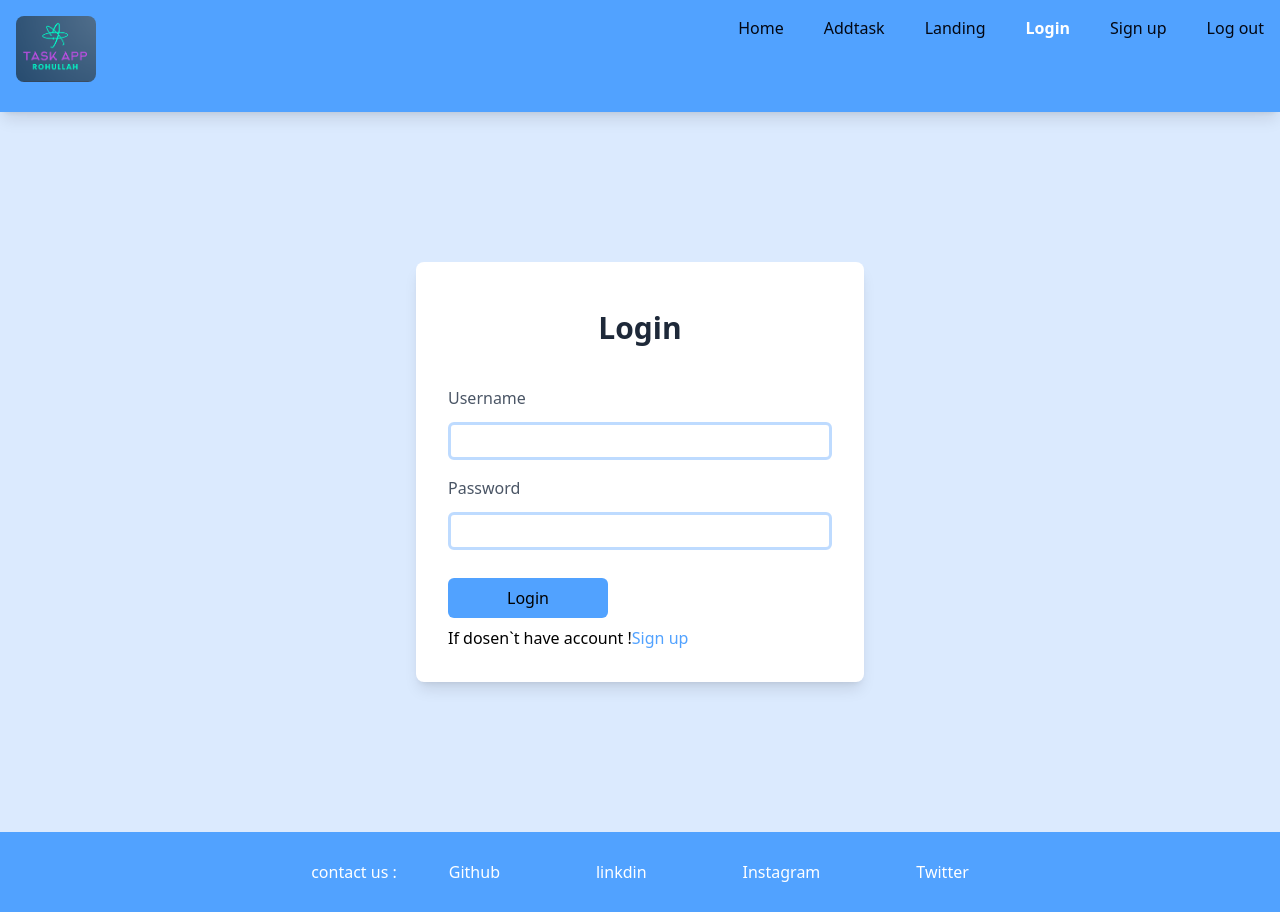
Repository: Rohullah-Noori/TaskApp
Page: /
An editor plug-in stored every save of this project. The page is shown before and after the next save, followed by the edit.
The browser window is 1280 px wide. The pictures show the whole page.
The project was rebuilt for these pictures with package versions that can differ from the ones it lists, and the page was loaded fresh each time. Also part of the build but not shown: vite.config.js, src/components/Loader.jsx, src/pages/Landing.jsx, src/pages/Home.jsx, src/pages/Signup.jsx, src/pages/Addtask.jsx, src/pages/Edittask.jsx, src/pages/Errorpage.jsx and 1 more.

Above is the page before, as saved 2025-03-01 11:17:26.

After the next save:
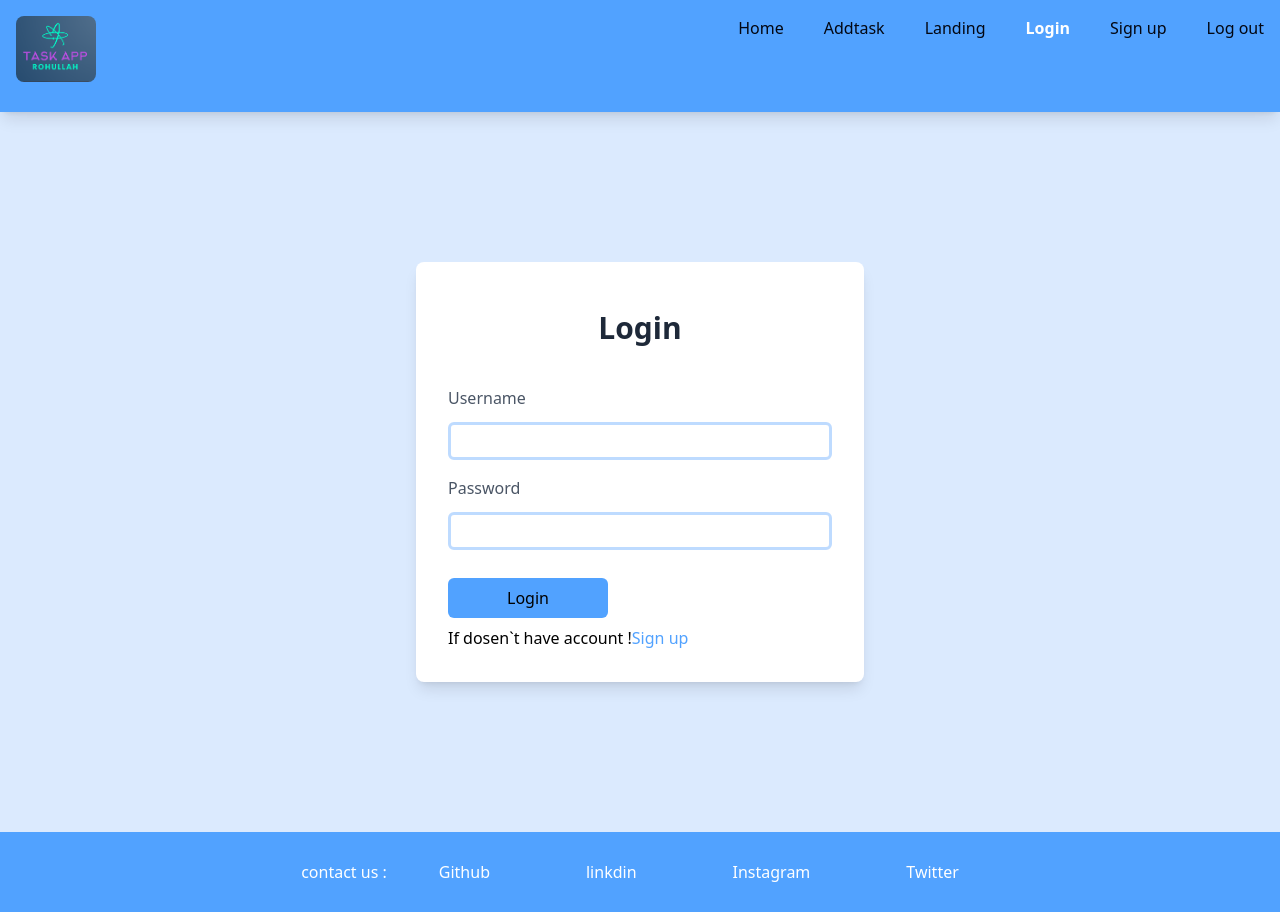
Saved 13 s later.
--- a/src/components/Footer.jsx
+++ b/src/components/Footer.jsx
@@ -3,7 +3,7 @@
     // <div className=" w- md:w-full ">
 
     // </div>
-    <div className="bg-blue-400 w-screen   md:w-full h-20 flex flex-wrap    justify-center  space-x-5 lg:space-x-13 text-white items-center">
+    <div className="bg-blue-400 w-screen   md:w-full h-20 flex flex-wrap pr-5   justify-center  space-x-5 lg:space-x-13 text-white items-center">
       <div>
         <h1>contact us :</h1>
       </div>

After the save that followed:
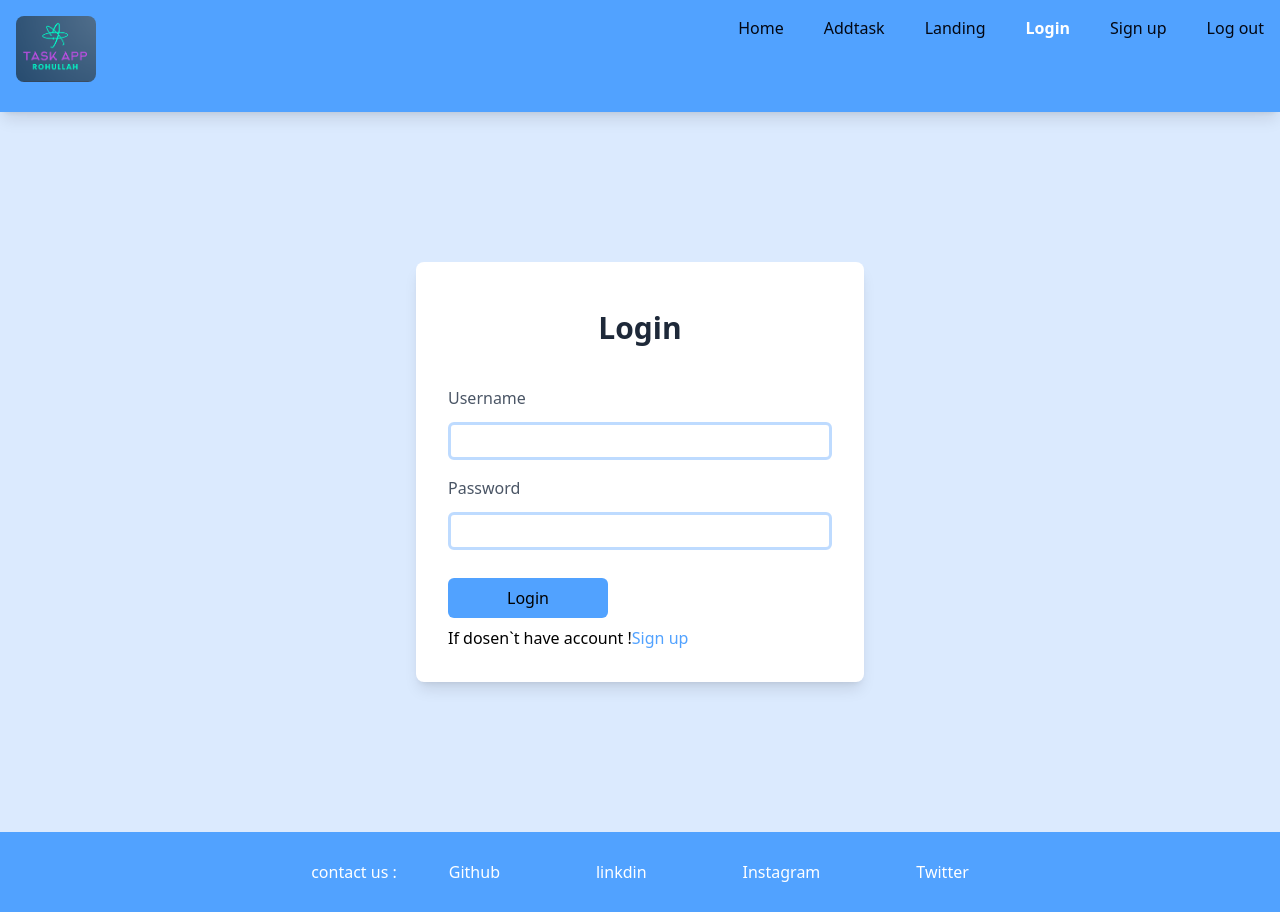
Saved 6 s later.
--- a/src/components/Footer.jsx
+++ b/src/components/Footer.jsx
@@ -3,7 +3,7 @@
     // <div className=" w- md:w-full ">
 
     // </div>
-    <div className="bg-blue-400 w-screen   md:w-full h-20 flex flex-wrap pr-5   justify-center  space-x-5 lg:space-x-13 text-white items-center">
+    <div className="bg-blue-400 w-screen   md:w-full h-20 flex flex-wrap    justify-center  space-x-5 lg:space-x-13 text-white items-center">
       <div>
         <h1>contact us :</h1>
       </div>
